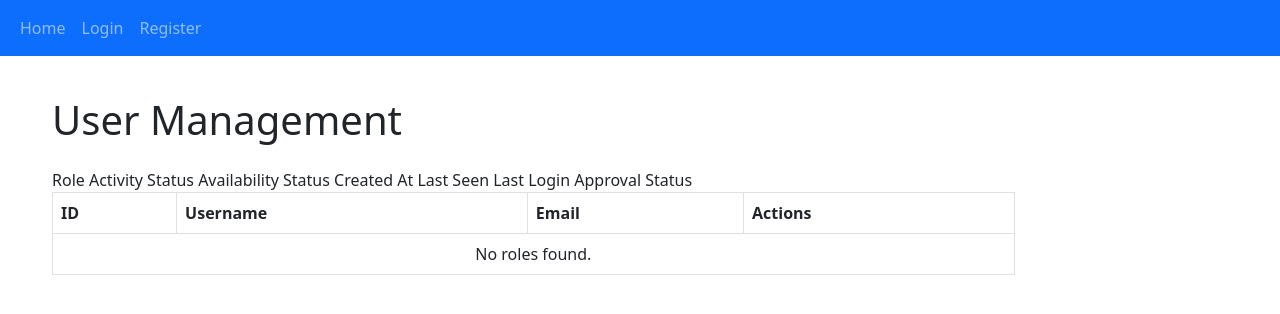
Repository: Matsikembareb/myPowervision
Page: http://localhost/users
These files come from the project's save history. The page is drawn as it stood at one moment and after the next save; the edit follows.
The browser window is 1280 px wide. The pictures show the whole page.
The page is served by the project's application, run on Flask 3 (01prototype/myPowervision/__init__.py). Other server files are loaded and not shown.

Above is the page before, as saved 2025-09-26 15:34:58.

### 01prototype/myPowervision/templates/user_management/users.html
{% extends "base.html" %}

{% block content %}
<div class="container mt-4">
    <h1 class="mb-4">User Management</h1>

    <table class="table table-bordered">
      <thead>
        <tr>
          <th>ID</th>
          <th>Username</th>
          <th>Email</th>
          Role
          Activity Status
          Availability Status
          Created At
          Last Seen
          Last Login
          Approval Status
          <th>Actions</th>
        </tr>
      </thead>
      <tbody>
        {% for user in users %}
          <tr>
            <td>{{ role.id }}</td>
            <td>{{ role.name }}</td>
            <td>{{ role.description }}</td>
            <td>
              <a href="{{ url_for('home_page', role_id=role.id) }}" class="btn btn-sm btn-warning">Edit</a>
              <form action="{{ url_for('home_page', role_id=role.id) }}" method="POST" style="display:inline;">
                <button type="submit" class="btn btn-sm btn-danger" onclick="return confirm('Are you sure you want to delete this role?');">Delete</button>
              </form>
            </td>
          </tr>
        {% else %}
          <tr>
            <td colspan="4" class="text-center">No roles found.</td>
          </tr>
        {% endfor %}
      </tbody>
    </table>
  </div>
{% endblock content %}

### 01prototype/myPowervision/templates/base.html
<!doctype html>
<html lang="en">
  <head>
    <!-- Required meta tags -->
    <meta charset="utf-8">
    <meta name="viewport" content="width=device-width, initial-scale=1">

    <!-- Bootstrap CSS -->
    <link href="https://cdn.jsdelivr.net/npm/bootstrap@5.0.2/dist/css/bootstrap.min.css" rel="stylesheet" integrity="sha384-EVSTQN3/azprG1Anm3QDgpJLIm9Nao0Yz1ztcQTwFspd3yD65VohhpuuCOmLASjC" crossorigin="anonymous">
    <!-- Font Awesome for icons -->
    <link href="https://cdnjs.cloudflare.com/ajax/libs/font-awesome/6.0.0/css/all.min.css" rel="stylesheet">

    {% if title %}
    <title>{{ title }} - myPowervision</title>
    {% else %}
    <title>myPowervision</title>
    {% endif %}
  </head>
  <body>
    <nav class="navbar navbar-expand-sm bg-primary navbar-dark">
      <div class="container-fluid">
        <ul class="navbar-nav">
          <li class="nav-item">
          <a class="nav-link {{ 'active' if active == 'home' else '' }}" href="{{ url_for('home_page') }}">Home<span class="visually-hidden">(current)</span></a>
          </li>
          {% if current_user.is_anonymous %}
          <li class="nav-item">
            <a class="nav-link {{ 'active' if active == 'login' else '' }}" href="{{ url_for('login_page') }}">Login</a>
          </li>
          <li class="nav-item">
            <a class="nav-link {{ 'active' if active == 'register' else '' }}" href="{{ url_for('register_page') }}">Register</a>
          </li>
          {% else %}
          <li class="nav-item">
            <a class="nav-link btn btn-outline-light btn-sm" href="{{ url_for('logout') }}">Logout</a>
          </li>
          {% endif %}
        </ul>
      </div>
    </nav>


    <!-- Flash messages -->
    {% with messages=get_flashed_messages(with_categories=True) %}
      {% if messages %}
        <div class="container-fluid mt-3">
          {% for category, message in messages %}
            <div class="alert alert-{{ category }} alert-dismissible fade show">
              <button type="button" class="btn-close" data-bs-dismiss="alert" aria-label="Close"></button>
              {{ message }}
            </div>
          {% endfor %}
        </div>
      {% endif %}
    {% endwith %}

    <!-- Main layout with sidebar and content -->
    <div class="container-fluid">
      <div class="row">
        {% if current_user.is_authenticated %}
        <!-- Vertical Sidebar -->
        <div class="col-md-3 col-lg-2 px-0">
          {% include 'menu.html' %}
        </div>
        {% endif %}
        <!-- Main Content Area -->
        <div class="col-md-9 col-lg-10">
          <main class="p-3">
            {% block content %}{% endblock content %}
          </main>
        </div>
      </div>
    </div>

    <!-- Bootstrap Bundle with Popper -->
    <script src="https://cdn.jsdelivr.net/npm/bootstrap@5.0.2/dist/js/bootstrap.bundle.min.js" integrity="sha384-MrcW6ZMFYlzcLA8Nl+NtUVF0sA7MsXsP1UyJoMp4YLEuNSfAP+JcXn/tWtIaxVXM" crossorigin="anonymous"></script>
  </body>
</html>

### 01prototype/myPowervision/routes.py
from myPowervision import app
from flask import render_template, url_for, redirect, flash, request
from flask_login import login_user, logout_user, current_user
from urllib.parse import urlsplit
import sqlalchemy as sa

from myPowervision import db
from myPowervision.forms import LoginForm, RegistrationForm, RoleForm, PermissionForm
from myPowervision.models import Permission, Role, User


@app.route('/')
@app.route('/home')
def home_page():
    return render_template('index.html', title='Home', active='home')

@app.route('/register', methods=['GET', 'POST'])
def register_page():
    if current_user.is_authenticated:
        return redirect(url_for('home_page'))
    form = RegistrationForm()
    if form.validate_on_submit():
        user = User(username=form.username.data, email=form.email.data)
        user.set_password(form.password.data)
        db.session.add(user)
        db.session.commit()
        flash('Registration successful! You can now log in.', category='success')
        return redirect(url_for('login_page'))
    return render_template('auth/register.html', title='Register', active='register', form=form)

@app.route('/login', methods=['GET', 'POST'])
def login_page():
    if current_user.is_authenticated:
        return redirect(url_for('home_page'))
    form = LoginForm()
    if form.validate_on_submit():
        user = db.session.scalar(sa.select(User).where(User.username == form.username.data))
        if user:
            if user.check_password(form.password.data):
                login_user(user, remember=form.remember_me.data)
                next_page = request.args.get('next')
                if not next_page or urlsplit(next_page).netloc != '':
                    next_page = url_for('home_page')
                flash(f'Login successful for user {form.username.data}', category='success')
                return redirect(next_page)
            else:
                flash('Invalid password!', category='danger')
                return redirect(url_for('login_page'))
        else:
            flash('User not found!', category='danger')
            return redirect(url_for('login_page'))

    return render_template('auth/login.html', title='Sign In', active='login', form=form)

@app.route('/forgot-password')
def forgot_password_page():
    return render_template('auth/forgot_password.html', title='Forgot Password', active='forgot_password')

@app.route('/logout')
def logout():
    logout_user()
    flash('You have been logged out.', category='success')
    return redirect(url_for('home_page'))

# ---------------------------------USERS, ROLES, PERMISSIONS--------------------------------------
# ---------------------------------Users--------------------------------------
@app.route("/users")
def userManagement():
    return render_template('user_management/users.html', title='User Management', active='users')
# ---------------------------------Roles--------------------------------------
@app.route("/roles")
def roleManagement():
    return render_template('user_management/roles.html', title='Role Management', active='roles')

@app.route("/create-role", methods=['GET', 'POST'])
def create_role():
    form = RoleForm()
    if form.validate_on_submit():
        new_role = Role(name=form.name.data, description=form.description.data)
        db.session.add(new_role)
        db.session.commit()
        flash('Role created successfully!', category='success')
        return redirect(url_for('roleManagement'))
    return render_template('user_management/create_role.html', title='Create Role', active='roles', form=form)

# ---------------------------------Permissions--------------------------------------
@app.route("/permissions")
def permissionManagement():
    return render_template('user_management/permissions.html', title='Permission Management', active='permissions')

@app.route("/create-permission", methods=['GET', 'POST'])
def create_permission():
    form = PermissionForm()
    if form.validate_on_submit():
        new_permission = Permission(name=form.name.data, description=form.description.data)
        db.session.add(new_permission)
        db.session.commit()
        flash('Permission created successfully!', category='success')
        return redirect(url_for('permissionManagement'))
    return render_template('user_management/create_permission.html', title='Create Permission', active='permissions', form=form)
# ---------------------------------admin area--------------------------------------


# admin dashboard
@app.route("/admin/dashboard", methods=['GET','POST'])
def adminDashboard():
    if not session.get('admin_id'):
        return redirect(url_for('adminIndex'))
    total_users = User.query.count()
    approved_users = User.query.filter_by(status=1).count()
    disapproved_users = User.query.filter_by(status=0).count()
    return render_template("auth/admin/dashboard.html", title="Admin Dashboard", total_users=total_users, approved_users=approved_users, disapproved_users=disapproved_users)

# ADMIN get all users
@app.route("/admin/users", methods=['GET','POST'])
def adminUsers():
    if not session.get('admin_id'):
        return redirect(url_for('adminIndex'))
    users = User.query.all()
    if request.method == 'POST':
        # Fetch all users
        search = request.form.get('search')
        users = User.query.filter((User.fname.contains(search)) | (User.lname.contains(search)) | (User.email.contains(search))).all()
    return render_template("auth/admin/users.html", title="All Users", users=users)

# ADMIN approve user
@app.route("/admin/approve/<int:user_id>")
def adminApproveUser(user_id):
    if not session.get('admin_id'):
        return redirect(url_for('adminIndex'))
    user = User.query.get(user_id)
    if user:
        user.status = 1  # Approve the user
        db.session.commit()
        flash("User approved successfully", "success")
    else:
        flash("Error!", "danger")
    return redirect(url_for('adminUsers'))

# ADMIN disapprove user
@app.route("/admin/disapprove")
def adminDisapproveUser(user_id):
    if not session.get('admin_id'):
        return redirect(url_for('adminIndex'))
    user = User.query.get(user_id)
    if user:
        user.status = 0  # Disapprove the user
        db.session.commit()
        flash("User disapproved successfully", "success")
    else:
        flash("Error!", "danger")
    return redirect(url_for('adminUsers'))

### 01prototype/myPowervision/__init__.py
from flask import Flask, render_template, redirect, url_for, flash
from config import Config
from flask_sqlalchemy import SQLAlchemy
from flask_migrate import Migrate
from flask_login import LoginManager

app = Flask(__name__)
app.config.from_object(Config)
db = SQLAlchemy(app)
migrate = Migrate(app, db)
login = LoginManager(app)
login.login_view = 'login_page'

from myPowervision import routes, models

After the next save:
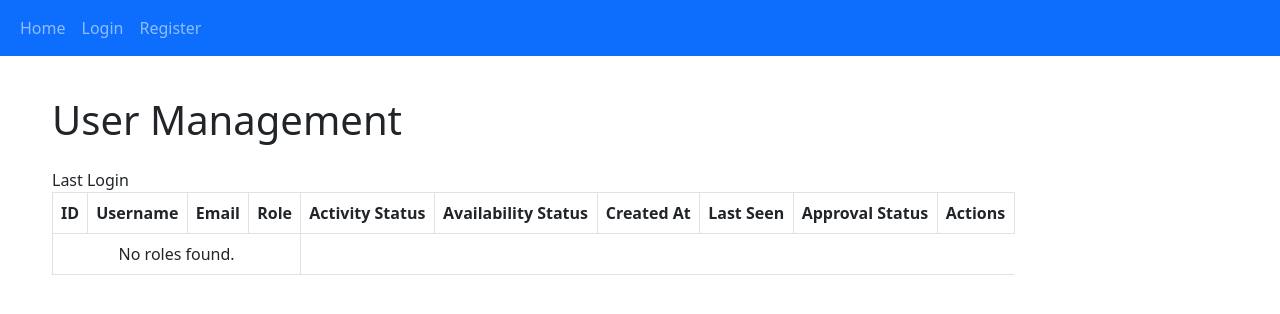
Saved 68 s later.
--- a/01prototype/myPowervision/templates/user_management/users.html
+++ b/01prototype/myPowervision/templates/user_management/users.html
@@ -10,13 +10,13 @@
           <th>ID</th>
           <th>Username</th>
           <th>Email</th>
-          Role
-          Activity Status
-          Availability Status
-          Created At
-          Last Seen
-          Last Login
-          Approval Status
+          <th>Role</th>
+          <th>Activity Status</th>
+          <th>Availability Status</th>
+          <th>Created At</th>
+          <th>Last Seen</th>
+          Last Login</th>
+          <th>Approval Status</th>
           <th>Actions</th>
         </tr>
       </thead>
